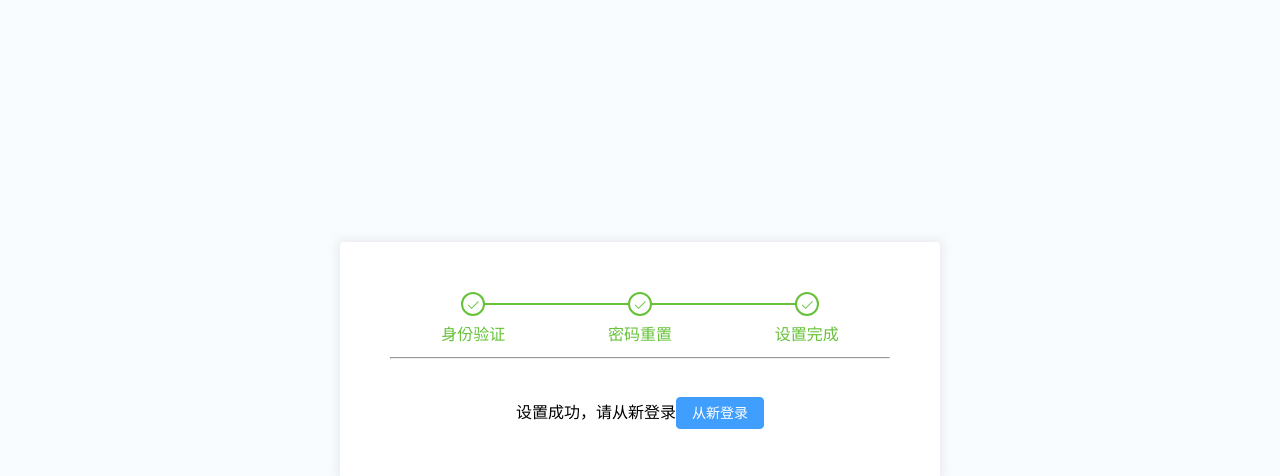
Repository: Harmony-camp/ckw-manager
Page: /#/ForgotPassword (app in manage/)
These files come from the project's save history. The page is drawn as it stood at one moment and after a run of saves; the edit follows.
The browser window is 1280 px wide. The pictures show the whole page.
The project was rebuilt for these pictures with package versions that can differ from the ones it lists, and the page was loaded fresh each time. Also part of the build but not shown: manage/vite.config.js.

Above is the page before, as saved 2023-05-27 11:32:49.

### manage/src/main.js
import { createApp } from 'vue'
import router from './router'
import ElementPlus from 'element-plus'
import 'element-plus/dist/index.css'
import App from './App.vue'
import store from './store'
import * as ELIcons from '@element-plus/icons-vue'
import storage from './utils/storage'

const app = createApp(App)

app.directive("has",{
	beforeMount:(el,binding)=>{

		let actionList = storage.getItem("actionList")
		let value = binding.value
		let hasPermission = actionList.includes(value)
		if(!hasPermission){
			el.style="display:none"
			setTimeout(()=>{
				el.parentNode.removeChild(el)
			},0)
		}
	}
})

for (let iconName in ELIcons) {
	app.component(iconName, ELIcons[iconName])
}

app.use(router).use(store).use(ElementPlus).mount('#app')

### manage/src/router/index.js
import { createRouter, createWebHashHistory } from 'vue-router'
import { defineAsyncComponent } from 'vue'

import storage from '../utils/storage'
import {getPermissionList} from '../api'
import utils from '../utils/utils'

const routes = [
  {
    name: "home",
    path: "/",
    component: ()=>import("../components/Home.vue"),
    redirect: "Welcome",
    meta: {
      title: "首页"
    },
    children: [
      {
        name: "welcome",
        path: "/welcome",
        meta: {
          title: "欢迎使用本系统"
        },
        component: () => import("../views/Welcome.vue")
      },
      {
        name: "profile",
        path: "/profile",
        redirect: "analysis",
        meta: {
          title: "个人中心"
        },
        component: () => import("../views/profile/index.vue"),
        children:[
          {
            name: "analysis",
            path: "/profile/analysis",
            meta: {
              title: "个人整体分析"
            },
            component: () => import("../views/profile/Analysis.vue"),
          },
          {
            name: "award-time",
            path: "/profile/award-time",
            meta: {
              title: "获奖时间"
            },
            component: () => import("../views/profile/AwardTime.vue"),
          },
        ]
      },
    ]
  },

  {
    name: "login",
    path: "/login",
    meta: {
      title: "登录"
    },
    component: () => import("../views/login/Login.vue")
  },
  {
    name: "register",
    path: "/register",
    meta: {
      title: "注册"
    },
    component: () => import("../views/login/Register.vue")
  },
  {
    name: "ForgotPassword",
    path: "/ForgotPassword",
    meta: {
      title: "注册"
    },
    component: () => import("../views/login/ForgotPassword.vue")
  },

  {
    name: "404",
    path: "/404",
    meta: {
      title: "页面不存在"
    },
    component: () => import("../views/login/404.vue")
  },

]

const router = createRouter({
  history: createWebHashHistory(),
  routes
})

async function loadAsyncRoutes(){
  let userinfo  = storage.getItem("userinfo") || {}
  if(userinfo.token){
    try{
      const {menuList} =  await getPermissionList()
      let routes = utils.generateRoute(menuList)
      routes.map(route=>{
        let url = `../views/${route.component}.vue`
        route.component =  ()=>import(/* @vite-ignore */url)
        router.addRoute("home",route)
      })
    }catch(error){
      console.log('error :>> ', error);
    }
  }
}

await loadAsyncRoutes()
function checkPermission(path){
  let routes =[]
  router.getRoutes().forEach(item=>{
    routes.push(item.path)
  })
  return routes.includes(path)
}

router.beforeEach((to,form,next)=>{
  if(checkPermission(to.path) || to.path =="/"){
    document.title = to.meta.title
    next()
  }else{
    next("/404")
  }
})

export default router

### manage/src/App.vue
<template>
  <router-view></router-view>
</template>

<script setup>

</script>

<style lang="scss">
@import './assets/style/reset.css';
@import './assets/style/index.scss';
</style>

### manage/src/store/index.js
/**
 * vuex状态管理
 */
import {createStore} from 'vuex'
import mutations from './mutations'
import storage from '../utils/storage'

const state = {
  userinfo:storage.getItem("userinfo") || {},
  menuLit:storage.getItem("menuList") || [],
  actionList :storage.getItem("actionListList") || [],
  noticeCount:0
}

export default createStore({
  state,
  mutations
})

### manage/src/utils/storage.js
/**
 * Storage二次封装
 * @author yyy
 */
import config from "../config"

export default{
  setItem(key,val){
    let storage = this.getStorage()
    storage[key] = val
    window.localStorage.setItem(config.namespace,JSON.stringify(storage))
  },
  getItem(key){
    return this.getStorage()[key]
  },
  getStorage(){
    return JSON.parse( window.localStorage.getItem(config.namespace )|| "{}")
  },
  clearItem(key){
    let storage = this.getStorage()
    delete storage[key]
    window.localStorage.setItem(config.namespace,JSON.stringify(storage))
  },
  clearAll(){
    window.localStorage.clear()
  },
}

### manage/src/api/index.js
/**
 * api管理
 */

import request from "../utils/request"

/**
 * 用户登录
 * @param {Object} params
 * @returns
 */
export  const UserLogin = (params)=>{
  return request({
      url:"/users/login",
      method:"post",
      data:params,
    })
  }

/**
 * 获取是否有信息需要处理
 * @param {Object} params
 * @returns
 */
export  const NoticeCount = (params)=>{
  return request({
    url:"/leave/count",
    method:"get",
    data:params,
    // mock:true
  })
}

/**
 * 获取菜单
 * @returns
 */
export  const MenuList = (params)=>{
  return request({
    url:"/menu/list",
    method:"get",
    data:params,
    // mock:true
  })
}

/**
 * 获取用户列表
 * @param {Object} params
 * @returns
 */

export  const GetUserList = (params)=>{
  return request({
    url:"/users/list",
    method:"get",
    data:params,
  })
}
export  const GetAllUserList = ()=>{
  return request({
    url:"/users/all/list",
    method:"get",
    // mock:true
  })
}
/**
 * 删除用户，可批量删除
 * @param {Array} params
 * @returns
 */
export  const UserDelete = (params)=>{
  return request({
    url:"/users/delete",
    method:"post",
    data:params,
    // mock:true
  })
}
/**
 * 获取角色信息
 * @returns
 */
export  const GetRoleAllList = ()=>{
  return request({
    url:"/roles/allList",
    method:"get",
    data:{},
    // mock:true
  })
}
export  const GetRoleList = (param)=>{
  return request({
    url:"/roles/list",
    method:"get",
    data:param,
    // mock:true
  })
}
/**
 * 获取部门信息
 * @returns
 */
export  const GetDeptList = (params)=>{
  return request({
    url:"/dept/list",
    method:"get",
    data:params,
    // mock:true
  })
}

/**
 * 角色增删改查
 * @param {Object} params
 * @returns
 */
export  const UserSubmit = (params)=>{
  return request({
    url:"/users/operate",
    method:"post",
    data:params,
    // mock:true
  })
}
/**
 * 菜单操作
 * @param {Object} params
 * @returns
 */
export  const MenuSubmit = (params)=>{
  return request({
    url:"/menu/operate",
    method:"post",
    data:params,
    // mock:true
  })
}

export  const RoleOperate = (params)=>{
  return request({
    url:"/roles/operate",
    method:"post",
    data:params,
    // mock:true
  })
}
export  const DeptOperate = (params)=>{
  return request({
    url:"/dept/operate",
    method:"post",
    data:params,
    // mock:true
  })
}
export  const UpdatePermission = (params)=>request({
    url:"/roles/update/permission",
    method:"post",
    data:params,
    // mock:true
})



export const getPermissionList = ()=>request.get("/users/getPermissionList")
export const GetApplyList  = params=>request.get("/leave/list",params,{mock:false})
export const LeaveOperate  = params=>request.post("/leave/operate",params,{mock:false})
export const LeaveApprove  = params=>request.post("/leave/approve",params,{mock:false})

export const dataToTestify  = params=>request.post("/teacher/createTestify",params)

//获取注册页面角色
export const getRegisterRoleList = params=>request.get("/roles/allList",params)

//获取模块分类排序数据
export const querySortList = params=>request.get("/teacher/query",params)

export const GetTeacherlList = params=>request.get("/teacher/list",params)
export const GetTeacherApprovallList = params=>request.get("/teacher/approvalList",params)

### manage/src/utils/utils.js
/**
 * 工具函数封装
 */
import {GetTeacherlList} from '../api'
export default{
  formateDate(date,rule){
    let fmt = rule || 'MM-dd hh:mm:ss'

    const o = {

      "M+":date.getMonth(),
      "d+":date.getDate(),
      "h+":date.getHours(),
      "m+":date.getMinutes(),
      "s+":date.getSeconds(),

    }
    for(let key in o){
      if(new RegExp(`(${key})`).test(fmt)){
        const val = o[key] + ''
        fmt =  fmt.replace(RegExp.$1,RegExp.$1.length==1?val:('00'+val).substring(val.length))
      }
    }
    return date.getFullYear()+"-" + fmt
  },
  generateRoute(menuList){
    let routes = []

    const deepList = (list)=>{
      while(list.length){
        let item = list.pop()
        if(item.action){
          routes.push({
            name:item.menuName,
            path:item.path,
            meta:{
              title:item.menuName
            },
            component:item.component
          })

        }
        if(item.children && !item.action){
          deepList(item.children)
        }
      }
    }
    deepList(menuList)
    return routes
  },
  async getTeacherApprovalList(action,userId){

    let res = await GetTeacherlList({action,userId})
    return res
  }
}

### manage/src/views/login/ForgotPassword.vue
<template>
  <div class="forgot-wrapper">
    <div class="modal">
      <el-steps align-center :active="active" finish-status="success">
        <el-step title="身份验证" />
        <el-step title="密码重置" />
        <el-step title="设置完成" />
      </el-steps>
      <hr>
      <div class="main">
        <div class="setIdentity" v-if="active == 1">
          <div class="form">
            <el-form>
              <el-form-item>
                <el-input :prefix-icon="Avatar" />
              </el-form-item>
              <el-form-item>
                <el-input :prefix-icon="Message">
                  <template #append>
                    <el-button>获取邮箱验证码</el-button>
                  </template>
                </el-input>
              </el-form-item>
              <el-form-item>

                  <el-button type="primary"> 下一步 </el-button>
                  <el-button> 重置 </el-button>

              </el-form-item>
            </el-form>
          </div>
        </div>

        <div class="setPassword" v-if="active == 2">
          <el-form :model="setPasswd">
            <el-form-item prop="password">
              <el-input
                v-model="setPasswd.password"
                type="password"
                ref="passwd"
                :prefix-icon="Lock"
                placeholder="请输入新密码"
              >
              <template #suffix >
                <el-icon @click="showPassword"><View/></el-icon>
              </template>
            </el-input>
            </el-form-item>
            <el-form-item prop="rePassword">
              <el-input
                v-model="setPasswd.rePassword"
                type="password"
                :prefix-icon="Lock"
                placeholder="请再次输入密码"
              />
            </el-form-item>
            <el-form-item>
              <el-button type="primary"> 下一步 </el-button>
              <el-button> 重置 </el-button>
            </el-form-item>
          </el-form>
        </div>
        <div class="success" v-if="active == 3">

          <div>设置成功，请从新登录</div>
          <el-button type="primary">从新登录</el-button>
        </div>
      </div>
    </div>
  </div>
</template>

<script setup>
import { ref,reactive } from "vue";
import { Avatar, Message,Lock ,View} from "@element-plus/icons-vue";

const active = ref(3);
const passwd = ref("")
const setPasswd = reactive({

})
const showPassword = ()=>{
  if(passwd.value.input.type == "password") passwd.value.input.type = "text"
  else passwd.value.input.type = "password"

}
</script>

<style lang="scss">
.forgot-wrapper {
  display: flex;
  justify-content: center;
  align-items: center;
  background-color: #f9fcff;
  width: 100vw;
  height: 100vh;
  .modal {
    width: 600px;
    padding: 50px;
    background-color: #fff;
    border-radius: 4px;
    box-shadow: 0px 0px 10px 3px #c7c9cb4d;
    .main{
      >* {
        padding-top: 30px;
        align-items: center;
        display: flex;
        justify-content: center;
      }
      .success{

      }
    }

  }
}
</style>

### manage/src/assets/style/index.scss
html, body {
  height: 100%;
  width: 100%;
}
*:not([class^='el-']) {
  box-sizing: border-box;
}
.white{
  background-color: #ffffff;
}
a{
  text-decoration: none;
}
.gray{
  background-color: #eef0f3;
}
.mr10{
  margin-right: 10px;
}
.mr20{
  margin-right: 20px;
}
.mb20{
  margin-bottom: 20px;
}
.m-lr10{
  margin-left: 10px;
  margin-right: 10px;
}
.p20{
  padding: 20px;
}
.pl20{
  padding-left: 20px;
}
.text-right{
  text-align: right;
}
.fr{
  float: right;
}
.flex{
  display: flex;
}
.flex-between{
  display: flex;
  justify-content: space-between;
}
.flex-center{
  display: flex;
  justify-content: center;
}
.tips{
  margin-left: 15px;
  color: #787878;
}


/*
* 公共样式
*/
.query-form {
  background-color: #ffffff;
  padding: 22px 20px 0;
  border-radius: 5px;
}
.base-table {
  border-radius: 5px;
  background: #ffffff;
  margin-top: 20px;
  margin-bottom: 20px;
  .action {
    border-radius: 5px 5px 0px 0px;
    background: #ffffff;
    padding: 20px;
    border-bottom: 1px solid #ece8e8;
  }
  .el-pagination{
     justify-content: flex-end;
     padding-right: 20px;
     padding-top: 20px;
     padding-bottom: 5px;
  }

}

### manage/src/store/mutations.js
/**
 * Mutations业务层数据提交
 */


import storage from "../utils/storage";

export default {
  saveUserInfo(state,userinfo){
    state.userinfo = userinfo;
    storage.setItem("userinfo",userinfo)
  },
  saveMenuList(state,menuList){
    state.menuList = menuList;
    storage.setItem("menuList",menuList)
  },
  saveActionList(state,actionList){
    state.actionList = actionList;
    storage.setItem("actionList",actionList)
  },
  saveNoticeCount(state,noticeCount){
    state.noticeCount = noticeCount;
    storage.setItem("noticeCount",noticeCount)
  },
}

### manage/src/config/index.js

const env = import.meta.env.MODE || "prod";

const EnvConfig = {
  dev:{
    baseApi:"/api",
    mockApi:"https://www.fastmock.site/mock/fa4c18963ab634ec12a063962937ba52/api"
  },
  test:{
    baseApi:"https://www.fastmock.site/mock/fa4c18963ab634ec12a063962937ba52/api",
    mockApi:"https://www.fastmock.site/mock/fa4c18963ab634ec12a063962937ba52/api"
  },
  prod:{
    baseApi:"/api",
    mockApi:"https://www.fastmock.site/mock/fa4c18963ab634ec12a063962937ba52/api"
  }
}

export default{
  env:"dev",
  mock:false,
  namespace:'manage',
  ...EnvConfig[env]
}

### manage/src/utils/request.js
/**
 * axios二次封装
 */

import axios from 'axios'
import {ElMessage} from 'element-plus'
import router from '../router'
import config from '../config'
import storage from './storage'
const TOKEN_INVALID = "token认证失败，请从新登陆"
const NETWORK_ERROR = "网络请求异常，请稍后重试"

//TODO axios实例对象，添加全局配置
const service = axios.create({
  baseURL:config.baseApi,
  timeout:8000
})


service.interceptors.request.use(req=>{

  //TODO 封装请求拦截
  const headers = req.headers;
  const {token} = storage.getItem("userinfo") || {}
  if(!headers.Authorization) headers.Authorization = "Bearer "  + token
  return req

})


service.interceptors.response.use(res=>{
  const {code,data,msg} = res.data;
  if(code === 200) return data;
  else if(code === 50001){
    ElMessage.error(TOKEN_INVALID)
    setTimeout(()=>{
      router.push('/login')
      return Promise.reject(TOKEN_INVALID)
    },1500)
  }else{
    ElMessage.error(msg|| NETWORK_ERROR)
    return Promise.reject(msg||NETWORK_ERROR)
  }

})


/**
 * 请求核心参数
 * @param {*} options 请求配置
 * @returns
 */

function request(options){
  options.method = options.method || "get"
  if(options.method.toLowerCase() === 'get'){
    options.params = options.data;
  }
  let isMock  = config.mock
  if(typeof options.mock != "undefined") isMock = options.mock
  if(config.env === 'prod'){
    service.defaults.baseURL = config.baseApi
  }else{
    service.defaults.baseURL = isMock? config.mockApi:config.baseApi
  }
  return service(options)
}

["get","post","put","delete",'patch'].forEach(item=>{
  request[item] = (url,data,options)=>{
    return request({
      url,
      data,
      method:item,
      ...options
    })
  }
})

export default request

Loaded but not shown: manage/index.html (common file); manage/src/assets/style/reset.css (common file)

After the next 3 saves:
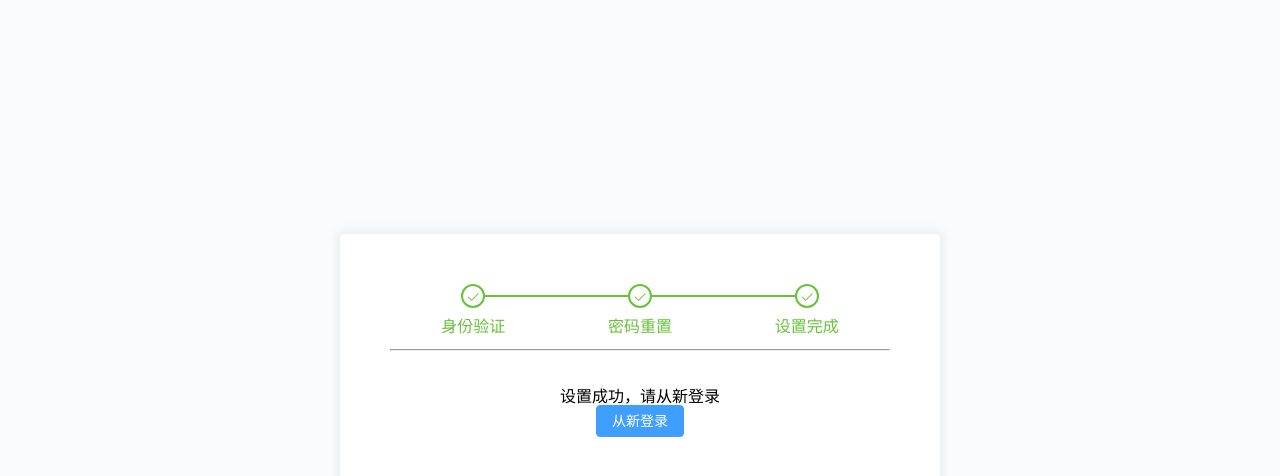
The 3 saves are shown as one change because they came seconds apart.
The last was saved 10 s later.
--- a/manage/src/views/login/ForgotPassword.vue
+++ b/manage/src/views/login/ForgotPassword.vue
@@ -108,7 +108,9 @@ const showPassword = ()=>{
         justify-content: center;
       }
       .success{
-
+        display: flex;
+        justify-content: center;
+        flex-direction: column;
       }
     }
 
